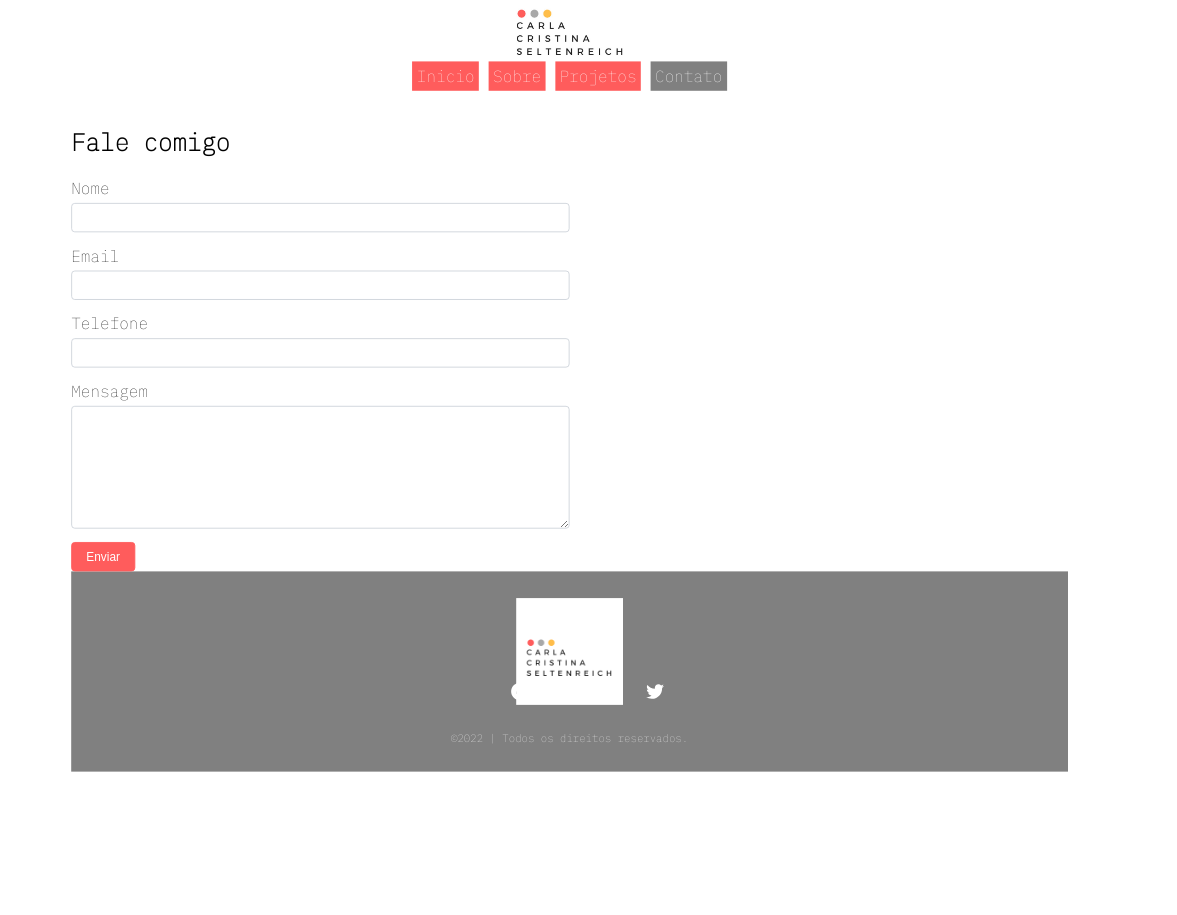
Repository: carla-seltenreich/portfolio
Page: contact.html
These files come from the project's save history. The page is drawn as it stood at one moment and after the next save; the edit follows.
The browser window is 1280 px wide. The page is 1322 px wide, then 1280 px, so the pictures cover 1322 px, including what lies to the right of the window. The pictures show the whole page, at 89% of full size.

Above is the page before, as saved 2022-05-26 18:17:27.

After the next save:
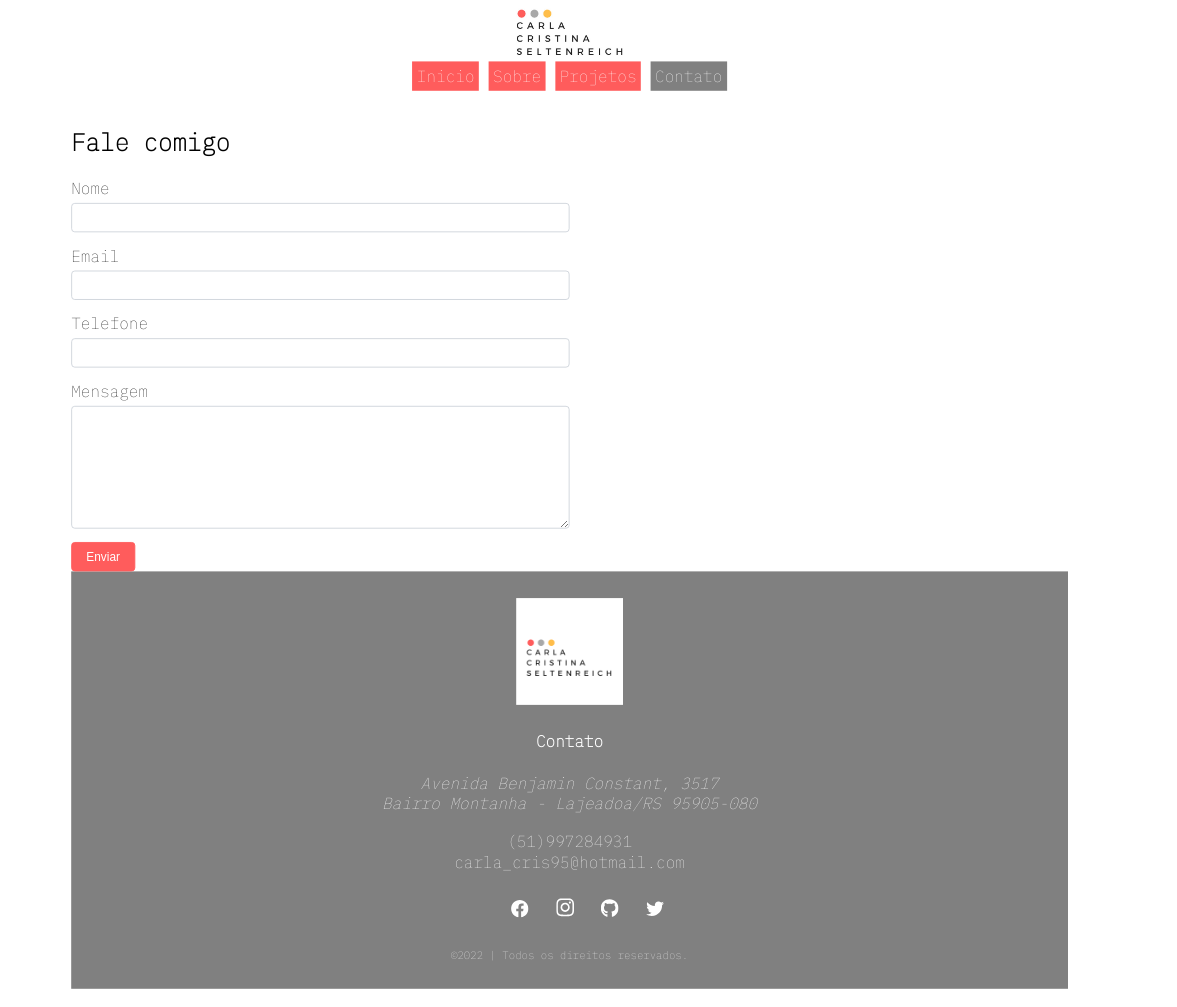
Saved 51 s later.
--- a/style.css
+++ b/style.css
@@ -239,11 +239,6 @@ color: black;
     position: relative;
 }
 
-.footer-contact {
-    margin: -122px;
-    position: relative;
-    top: 170px;
-}
 .footer {
     color: #fff;
     background: grey;
